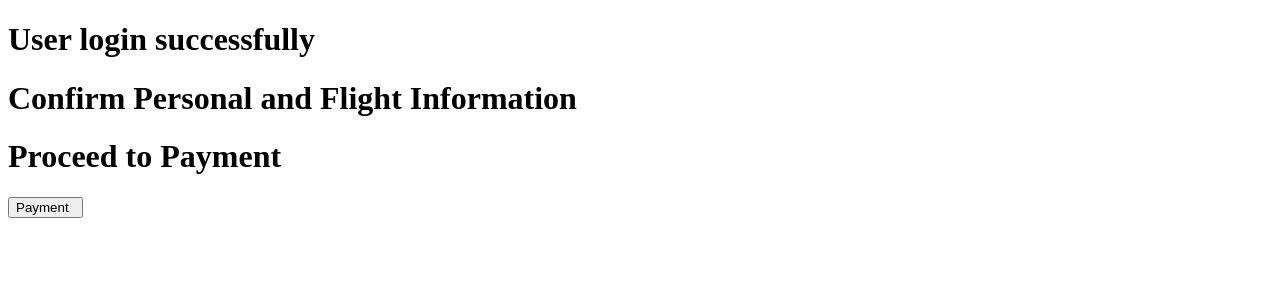
Repository: Shivani2392/FlyAwayProject
Page: http://localhost/FlightBookingPortal/LoginBookFlight.jsp
An editor plug-in stored every save of this project. The page is shown before and after a run of saves, followed by the edit.
The browser window is 1280 px wide. The pictures show the whole page.
The page is served by Tomcat 9. Other server files are loaded and not shown.

Above is the page before, as saved 2020-11-21 07:34:49.

### FlightBookingPortal/src/main/webapp/LoginBookFlight.jsp
<%@ page language="java" contentType="text/html; charset=ISO-8859-1"
    pageEncoding="ISO-8859-1"%>
<!DOCTYPE html>
<html>
<head>
<meta charset="ISO-8859-1">
<title>Flight Details</title>
</head>
<body>
<h1>User login successfully</h1>

<h1>Confirm Personal and Flight Information</h1>


<h1>Proceed to Payment</h1>

<input type="submit" value="Payment	" name="Payment"></input>
</body>
</html>

After the next 2 saves:
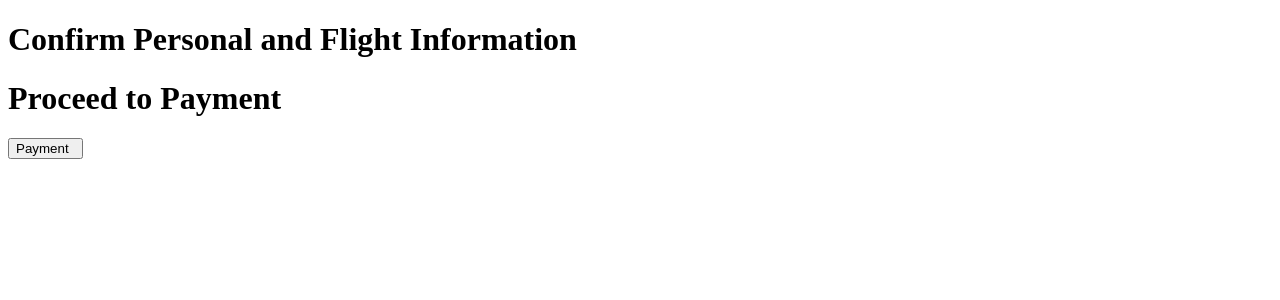
The 2 saves are shown as one change because they came seconds apart.
The last was saved 103 s later.
--- a/FlightBookingPortal/src/main/webapp/LoginBookFlight.jsp
+++ b/FlightBookingPortal/src/main/webapp/LoginBookFlight.jsp
@@ -7,7 +7,6 @@
 <title>Flight Details</title>
 </head>
 <body>
-<h1>User login successfully</h1>
 
 <h1>Confirm Personal and Flight Information</h1>
 
